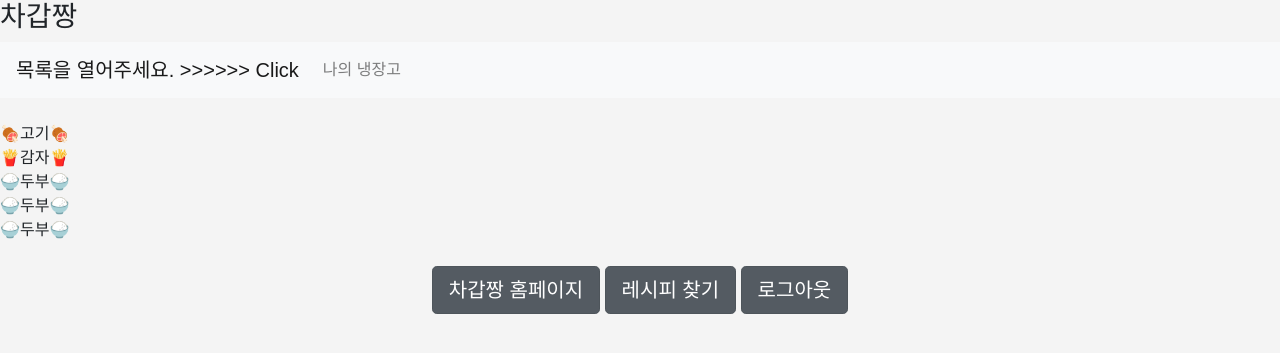
Repository: yousunning/coldzzang-miniproject
Page: http://localhost/cold/WEB-INF/views/myRefrigerator.jsp
An editor plug-in stored every save of this project. The page is shown before and after the next save, followed by the edit.
The browser window is 1280 px wide. The pictures show the whole page.
The page is served by Tomcat 9. Nobody is signed in. The template is opened directly, without the code that normally fills it, so the values that code supplies are empty.

Above is the page before, as saved 2024-01-23 08:26:19.

After the next save:
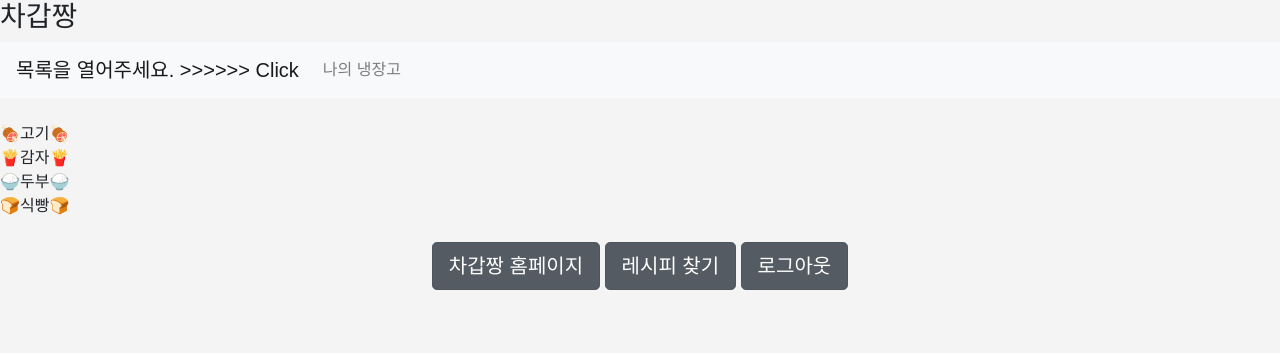
Saved 7 s later.
--- a/cold/src/main/webapp/WEB-INF/views/myRefrigerator.jsp
+++ b/cold/src/main/webapp/WEB-INF/views/myRefrigerator.jsp
@@ -47,14 +47,10 @@
   </tr>
            <tr><br>
 
- <td>🍚두부🍚</td>
+ <td>🍞식빵🍞</td>
 
   </tr>
-           <tr><br>
 
- <td>🍚두부🍚</td>
-
-  </tr>
 
     <!-- 메인 컨텐츠 -->
     <div class="container mt-4" style="text-align:center;">
